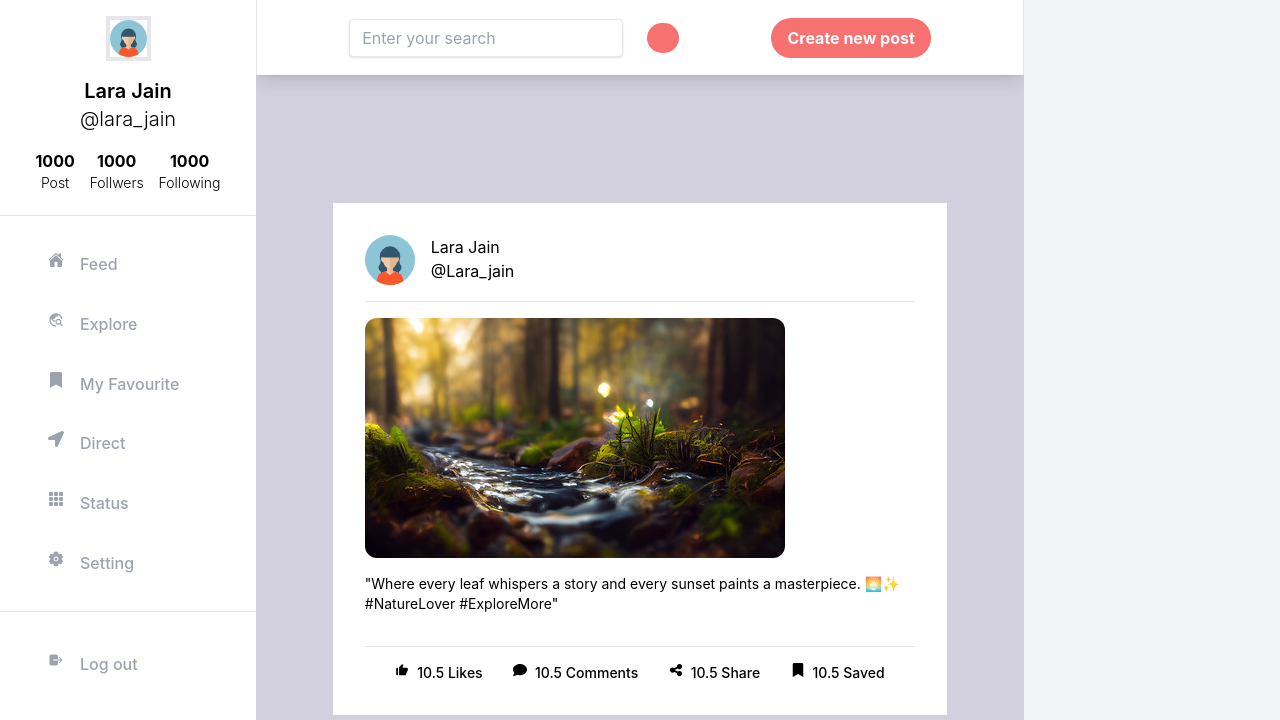
Repository: cosmicswati/upgrad-captions-project
Page: /account/signin
These files come from the project's save history. The page is drawn as it stood at one moment and after a run of saves; the edit follows.
The browser window is 1280 px wide. The pictures show the whole page.
An inner scrolling area shows only its first screen. The project was rebuilt for these pictures with package versions that can differ from the ones it lists, and the page was loaded fresh each time. Also part of the build but not shown: src/modules/Authorization/Form.jsx, src/modules/Authorization/index.js.

Above is the page before, as saved 2024-04-12 12:36:15.

### src/index.css
@tailwind base;
@tailwind components;
@tailwind utilities;

body {
  margin: 0;
  font-family: -apple-system, BlinkMacSystemFont, 'Segoe UI', 'Roboto', 'Oxygen',
    'Ubuntu', 'Cantarell', 'Fira Sans', 'Droid Sans', 'Helvetica Neue',
    sans-serif;
  -webkit-font-smoothing: antialiased;
  -moz-osx-font-smoothing: grayscale;
}

code {
  font-family: source-code-pro, Menlo, Monaco, Consolas, 'Courier New',
    monospace;
}

.scrollbar-hide::-webkit-scrollbar{
  display: none;
}

### src/App.js
import React from 'react';
import Routes from './routes'
function App() {
  return (
    <div>
      {/* <Auth />  */}
      <Routes/>
    </div>
  );
}

export default App;

### src/routes/index.js
import React from 'react';
import Home from '../modules/Home';
import Form from '../modules/Authorization'
import { Navigate, Route, Routes as Router } from 'react-router-dom';


const PrivateRoute =({children}) => {
    const isUserLoggedIn = window.localStorage.getItem('user:token') || true
    const isFormPages = window.location.pathname.includes('account')

    if(isUserLoggedIn && !isFormPages){
        return children
    }else if (!isUserLoggedIn && isFormPages){
        return children
    }else{
        const redirectUrl = isUserLoggedIn ? '/' : '/account/signin'
       return <Navigate to={redirectUrl} replace/>
    }

}

const Routes = () => {
    const routes = [
         {
            id : 1,
           name : 'home',
           path : '/',
           Components : <Home/>
         },
         {
            id : 2,
           name : 'sign in',
           path : '/account/signin',
           Components : <Form/>
         },
         {
            id : 3,
           name : 'sign up',
           path : '/account/signup',
           Components : <Form/>
         },
    ]
  return (
    <Router>
        {
            routes.map(({id, name, path, Components}) => {
                return <Route key={id} path={path} element={<PrivateRoute>{Components}</PrivateRoute>} />
            })
        }
    </Router>
  );
};

export default Routes;

### src/modules/Home/index.js
import React from 'react'
import { ReactComponent as Avatar} from '../../assets/Avatar.svg'
import Input from '../../components/Input'
import Button from '../../components/Button'
import postImg2 from '../../assets/postImg.jpg'
import { IoHome } from "react-icons/io5";
import { MdOutlineTravelExplore } from "react-icons/md";
import { FaBookmark } from "react-icons/fa";
import { FaLocationArrow  } from "react-icons/fa";
import { BsFillGrid3X3GapFill } from "react-icons/bs";
import { IoSettings , IoLogOut} from "react-icons/io5";
import { LuSearch } from "react-icons/lu";
import { FaRegPlusSquare } from "react-icons/fa";
import { BiSolidLike } from "react-icons/bi";
import { FaComment } from "react-icons/fa6";
import { FaShareNodes } from "react-icons/fa6";
import { stats, navigations } from './data'

const Home = () => {
  return (
    <div className='h-screen bg-[#d2cfdf]  flex overflow-hidden'>
        <div className='w-[20%] bg-white flex flex-col'>
            <div className='h-[30%] flex justify-center items-center border-b'>
                <div className='flex flex-col justify-center items-center'>
                    <Avatar width={'45px'} height={'45px'} className='border-4 rounded-fullp-2'/>
                    <div className='my-4 text-center'>
                         <h3 className='text-xl font-semibold'>Lara Jain</h3>
                         <p className='text-xl font-light'>@lara_jain</p>
                    </div>
                    <div className='h-[50px] flex justify-around w-[200px] text-center'>
                        {
                            stats.map(({id, name, stats}) => {
                                return(
                                <div key={id}>
                                  <h4 className='font-bold'>{stats}</h4>
                                 <p className='font-light text-sm'>{name}</p>
                            </div>
                             )
                          })
                        }
                    </div>
                </div>
            </div>
            <div className='h-[55%] flex flex-col justify-evenly pl-12 border-b text-gray-400 text-md font-medium'>
                {
                    navigations.map(({id, name, icon}) => {
                        return(
                            <div key={id} className='flex cursor-pointer hover:text-[#F00F51]'><span
                            className='mr-4'>{icon}</span>{name}</div>

                        )
                    })
                }

            </div>
            <div className='h-[15%] pt-10 text-gray-400 text-md font-medium'>
                <div className='ml-12 cursor-pointer flex hover:text-[#F00F51]'> <span className='mr-4'><IoLogOut /></span>Log out</div>
            </div>
        </div>
        <div className='w-[60%] overflow-scroll h-full scrollbar-hide'>
            <div className='bg-white h-[75px] border-l border-r flex justify-evenly items-center pt-4 sticky top-0 shadow-lg'>
                 <div className='flex justify-center items-center'>
                    <Input placeholder='Enter your search' className='w-[400px] rounded-full'/>
                    <Button icon={<LuSearch />}  className='mb-4 ml-6  h-[30px]  bg-red-400 hover:bg-red-500 rounded-full '/>
                 </div>
                 <Button icon={<FaRegPlusSquare />} label='Create new post'  className='rounded-full bg-red-400 hover:bg-red-500 mb-4'/>
            </div>
            {
                [1,2,3,4,5,6].map(() => {
                    return(
                        <div className='bg-white w-[80%]  mx-auto mt-32 p-8'>
                        <div className='border-b flex item-center pb-4 mb-4'>
                            <Avatar width={'50px'} height={'50px'} />
                           <div className='ml-4'>
                           <h3>Lara Jain</h3>
                            <p>@Lara_jain</p>
                           </div>
                        </div>
                        <div className='border-b pb-4 mb-4'>
                            <img src={postImg2} className='rounded-xl' />
                            <p className='my-4 text-sm font-normal'>
        "Where every leaf whispers a story and every sunset paints a masterpiece.
         🌅✨ #NatureLover #ExploreMore"</p>
                        </div>
                        <div className='flex justify-evenly text-black text-sm font-medium'>
                        <div className='flex cursor-pointer item-center hover:text-[#F00F51]'><span className='mr-2'><BiSolidLike /></span>10.5 Likes</div>
                        <div className='flex cursor-pointer item-center hover:text-[#F00F51]'><span className='mr-2'><FaComment /></span>10.5 Comments</div>
                        <div className='flex cursor-pointer item-center  hover:text-[#F00F51]'><span className='mr-2'><FaShareNodes /></span>10.5 Share</div>
                        <div className='flex cursor-pointer item-center hover:text-[#F00F51]'><span className='mr-2'><FaBookmark /></span>10.5 Saved</div>

                        </div>
                    </div>

                    )
                })
            }


        </div>

        <div className='w-[20%] bg-[#F2F5F8]'>

            </div>
    </div>
  )
}

export default Home

### src/components/Input/index.js
import React from 'react'

const Input = ({
    name = '',
    label ='',
    type ='',
    placeholder =''
}) => {
  return (
    <div class="mb-4">
        {
          label &&
          <label class="block text-gray-700 text-sm font-bold mb-2" for={name}>
             {label}
          </label>
        }

        <input class="shadow apperance-none border rounded w-full py-2 px-3
         text-gray-700 leading-tight focus:outline-none focus:shadow-outline"
         id={name} type={type} placeholder={placeholder} />

    </div>
  )

}

export default Input

### src/components/Button/index.js
import React from 'react'

const Button = ({
    label ='',
    className =''
}) => {
  return (
    <button className={`bg-blue-500 hover:bg-blue-700 text-white font-bold py-2 px-4 rounded ${className}`}>
      {label}
  </button>
  )
}

export default Button

### src/modules/Home/data.js
import { BsFillGrid3X3GapFill } from "react-icons/bs"
import { FaBookmark, FaLocationArrow, FaStar, FaStream } from "react-icons/fa"
import { IoHome, IoSettings } from "react-icons/io5"
import { MdOutlineTravelExplore } from "react-icons/md"

 export const stats =[
    {
        id : 1,
        name : 'Post',
        stats : 1000

    },
    {
        id : 1,
        name : 'Follwers',
        stats : 1000

    },
    {
        id : 1,
        name : 'Following',
        stats : 1000

    },
]
export const navigations = [
    {
        id: 1,
        name: 'Feed',
        icon: <IoHome/>
    },
    {
        id: 2,
        name: 'Explore',
        icon: < MdOutlineTravelExplore/>
    },
    {
        id: 3,
        name: 'My Favourite',
        icon: <FaBookmark />
    },
    {
        id: 4,
        name: 'Direct',
        icon: <FaLocationArrow />
    },
    {
        id: 5,
        name: 'Status',
        icon: <BsFillGrid3X3GapFill />
    },
    {
        id: 6,
        name: 'Setting',
        icon: <IoSettings />
    },

]

### tailwind.config.js
/** @type {import('tailwindcss').Config} */
module.exports = {
 mode:'jit',
 purge: [
  './public/**/*.html',
  './src/**/*.{js,jsx,ts,tsx,vue}',
 ],
  content: [
    "./src/**/*.{js,jsx,ts,tsx}",
  ],
  theme: {
    extend: {},
  },
  plugins: [],
}

Loaded but not shown: public/index.html (common file); src/index.js (common file); src/reportWebVitals.js (common file)

After the next 2 saves:
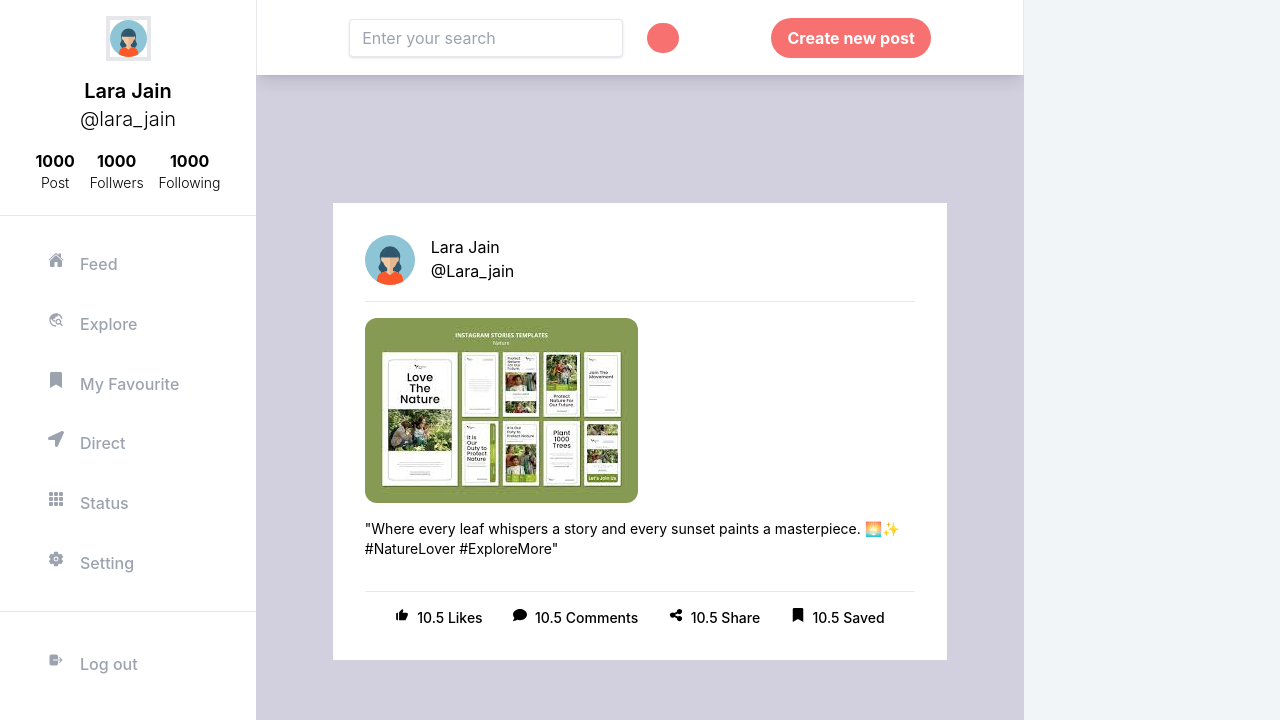
The 2 saves are shown as one change because 1 did not build or start.
The last was saved 42 s later.
--- a/src/modules/Home/index.js
+++ b/src/modules/Home/index.js
@@ -2,7 +2,7 @@ import React from 'react'
 import { ReactComponent as Avatar} from '../../assets/Avatar.svg'
 import Input from '../../components/Input'
 import Button from '../../components/Button'
-import postImg2 from '../../assets/postImg.jpg'
+import postImg2 from '../../assets/postImg2.jpeg'
 import { IoHome } from "react-icons/io5";
 import { MdOutlineTravelExplore } from "react-icons/md";
 import { FaBookmark } from "react-icons/fa";
